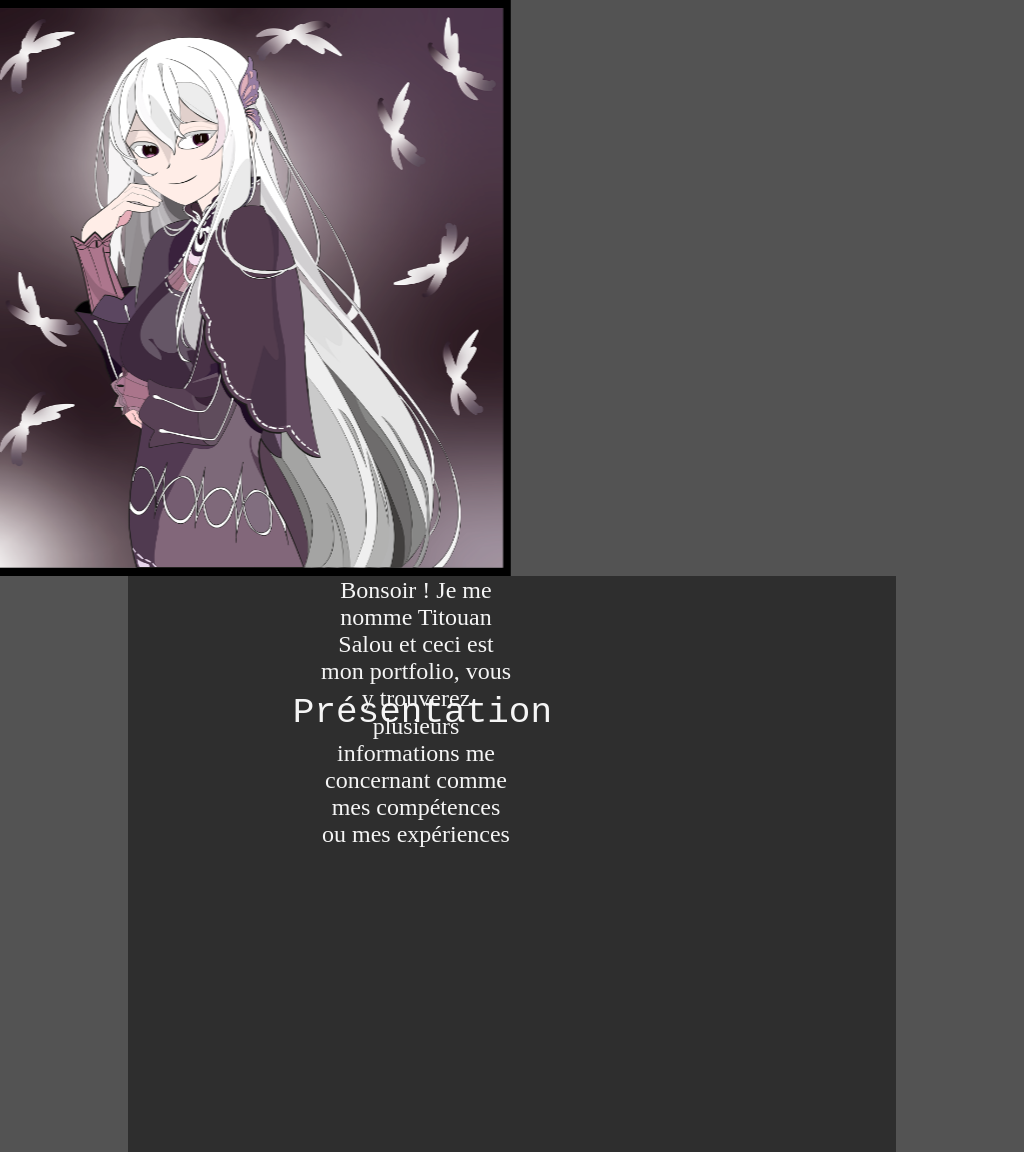
Repository: Mini-T/portfolio
Page: cv.html
An editor plug-in stored every save of this project. The page is shown before and after a run of saves, followed by the edit.
The browser window is 1280 px wide. The pictures show the whole page, at 80% of full size.
After loading, the first visible `#btnpresentation` was clicked once.

Above is the page before, as saved 2021-10-06 00:00:05.

After the next 3 saves:
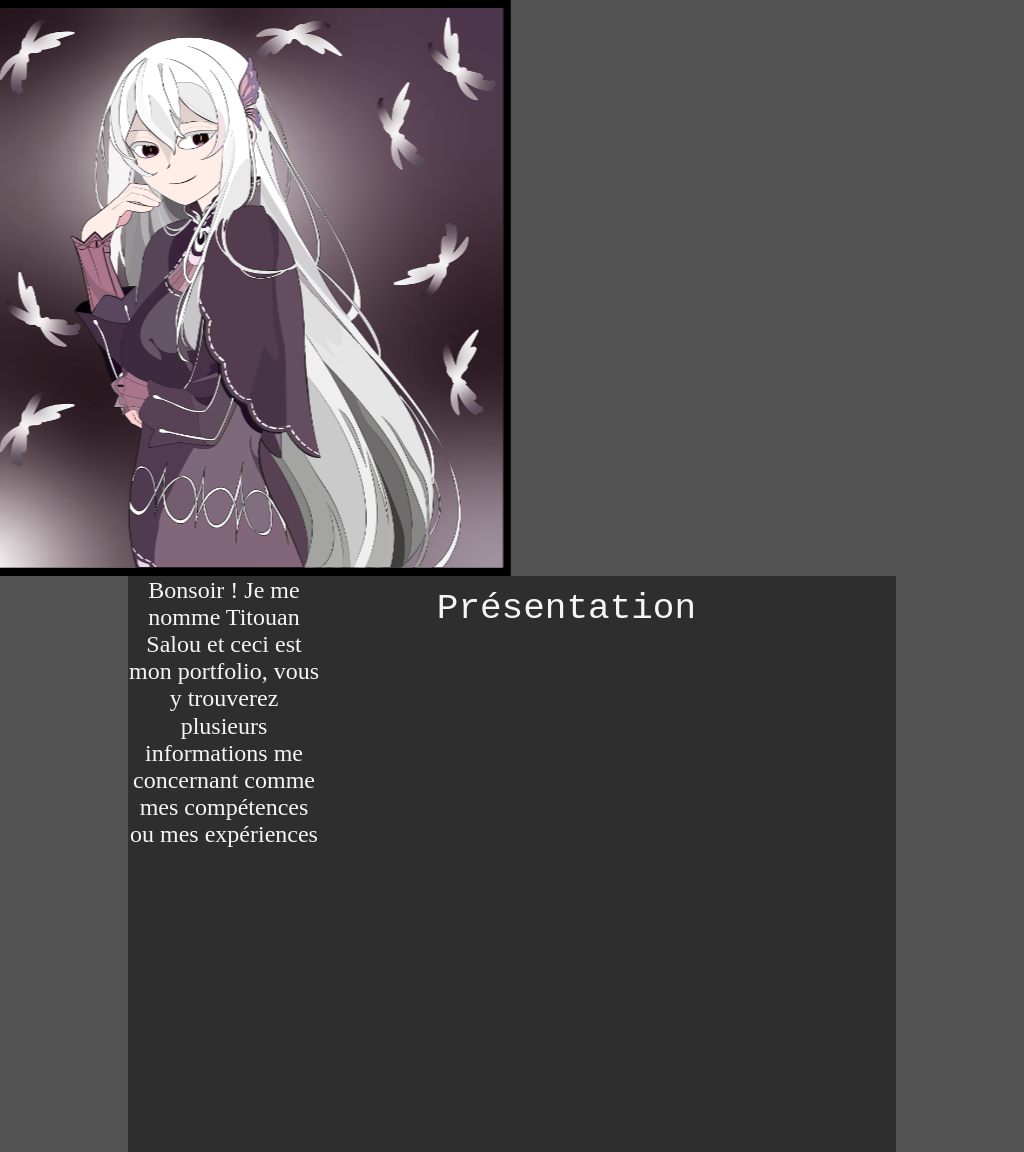
The 3 saves are shown as one change because they came seconds apart.
The last was saved 16 s later.
--- a/cv.css
+++ b/cv.css
@@ -165,8 +165,8 @@
   font-family: "Courier New", Courier, monospace;
 }
 .zoom {
-  margin-left: 150%;
-  position: relative;
+
+  position: absolute;
   justify-self: center;
   font-size: 45px;
 }
